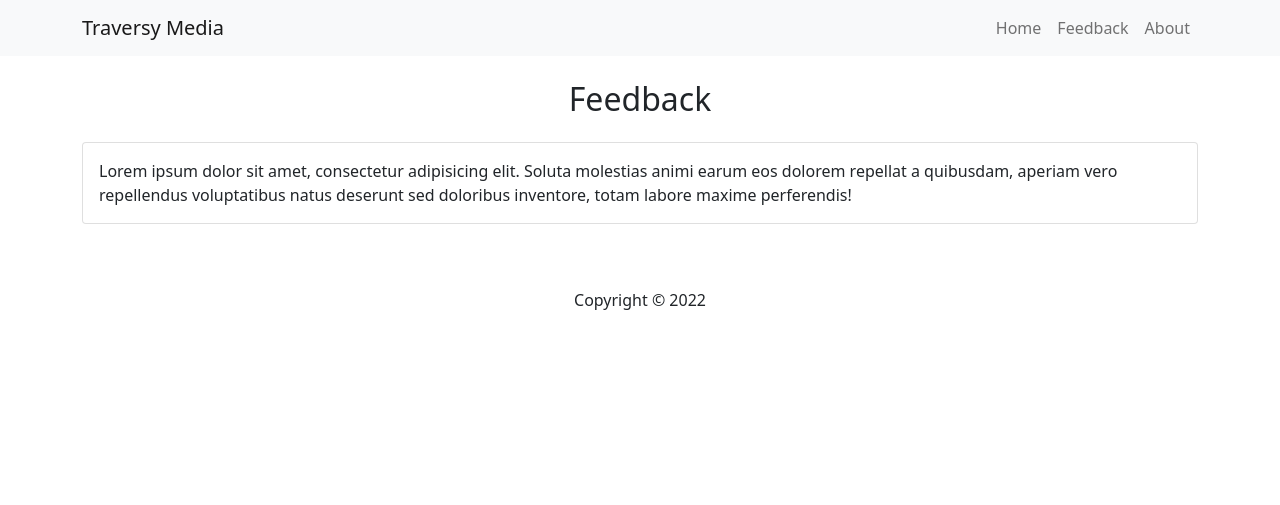
Repository: Haviles04/feedback
Page: http://localhost/feedback.php
An editor plug-in stored every save of this project. The page is shown before and after the next save, followed by the edit.
The browser window is 1280 px wide. The pictures show the whole page.
The page is run by PHP 8.4 with error messages shown; the project is at /var/www/html/.

Above is the page before, as saved 2024-04-29 18:11:05.

After the next save:
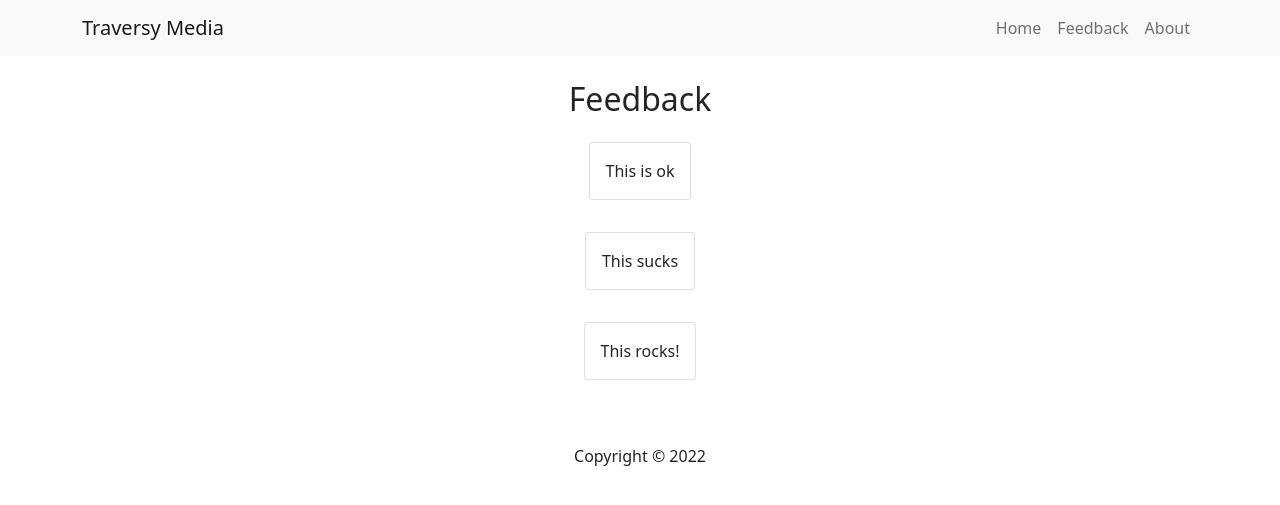
Saved 72 s later.
--- a/feedback.php
+++ b/feedback.php
@@ -30,14 +30,13 @@ $feedback = [
   <p class="lead mt-3"> There is no feedback</p>
 <?php endif; ?>
 
-<div class="card my-3">
-  <div class="card-body">
-    Lorem ipsum dolor sit amet, consectetur adipisicing elit. Soluta
-    molestias animi earum eos dolorem repellat a quibusdam, aperiam vero
-    repellendus voluptatibus natus deserunt sed doloribus inventore,
-    totam labore maxime perferendis!
+
+<?php foreach ($feedback as $item) : ?>
+  <div class="card my-3">
+    <div class="card-body">
+      <?php echo $item['body'] ?>
+    </div>
   </div>
-</div>
-
+<?php endforeach ?>
 
 <?php include 'inc/footer.php';
